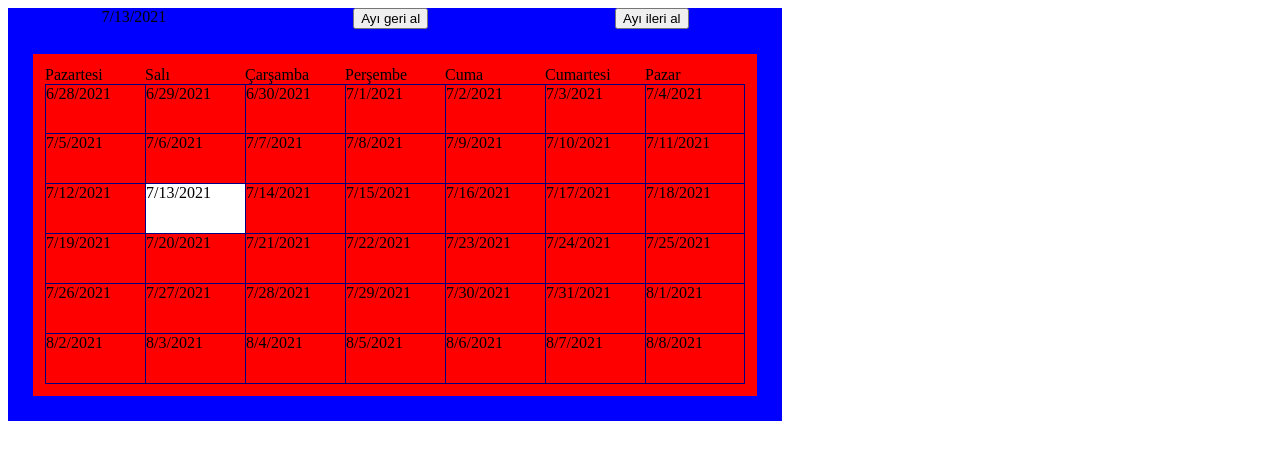
Repository: ahmetbugraozcan/javascript-calendar
Page: tablo.html
These files come from the project's save history. The page is drawn as it stood at one moment and after the next save; the edit follows.
The browser window is 1280 px wide. The pictures show the whole page.

Above is the page before, as saved 2021-07-13 11:05:51.

### tablo.html
<!DOCTYPE html>
<html lang="en">

<head>
    <meta charset="UTF-8">
    <meta http-equiv="X-UA-Compatible" content="IE=edge">
    <meta name="viewport" content="width=device-width, initial-scale=1.0">
    <title>Document</title>
</head>
<!--pazartesi salı çarş... için arrayler oluştur. arraylere göre günleri yerleştir.-->
<style>
    * {
        box-sizing: border-box;
    }

    .cell-last {
        border-right: 1px solid navy;

    }

    .cell-top {
        border-top: 1px solid navy;
    }

    /* her hücre*/
    .cell,
    .cell-top,
    .cell-last {
        text-overflow: clip;
        white-space: nowrap;
        overflow: hidden;
        border-bottom: 1px solid navy;
        border-left: 1px solid navy;
        width: 100px;
        height: 50px;
    }


    /*tablonun kendisi*/
    .calendar {
        margin: 25px;
        padding: 12px;
        display: flex;
        width: fit-content;
        background-color: red;
    }


    .container {
        background-color: blue;
        display: flex;
        width: fit-content;
        flex-direction: column;
    }

    .test {
        display: flex;
        justify-content: space-around;
    }
</style>

<body>

    <div class="container">

        <div class="test">
            <span id="currentDate"></span>
            <span><button type="button" onclick="previousDate()">Ayı geri al</button></span>
            <span><button type="button" onclick="nextDate()">Ayı ileri al</button></span>
        </div>
        <div class="calendar">
            <div>
                <div>Pazartesi</div>
                <div class="cell-top" id="pazartesi0">1</div>
                <div class="cell" id="pazartesi1">1</div>
                <div class="cell" id="pazartesi2">1</div>
                <div class="cell" id="pazartesi3">1</div>
                <div class="cell" id="pazartesi4">1</div>
                <div class="cell" id="pazartesi5">1</div>
            </div>
            <div>
                <div>Salı</div>
                <div class="cell-top" id="sali0">1</div>
                <div class="cell" id="sali1">1</div>
                <div class="cell" id="sali2">1</div>
                <div class="cell" id="sali3">1</div>
                <div class="cell" id="sali4">1</div>
                <div class="cell" id="sali5">1</div>
            </div>
            <div>
                <div>Çarşamba</div>
                <div class="cell-top" id="carsamba0">1</div>
                <div class="cell" id="carsamba1">1</div>
                <div id="carsamba2" class="cell">1</div>
                <div id="carsamba3" class="cell">1</div>
                <div id="carsamba4" class="cell">1</div>
                <div id="carsamba5" class="cell">1</div>
            </div>
            <div>
                <div>Perşembe</div>
                <div class="cell-top" id="persembe0">1</div>
                <div class="cell" id="persembe1">1</div>
                <div id="persembe2" class="cell">1</div>
                <div id="persembe3" class="cell">1</div>
                <div id="persembe4" class="cell">1</div>
                <div id="persembe5" class="cell">1</div>
            </div>
            <div>
                <div>Cuma</div>
                <div class="cell-top" id="cuma0">1</div>
                <div class="cell" id="cuma1">1</div>
                <div id="cuma2" class="cell">1</div>
                <div id="cuma3" class="cell">1</div>
                <div id="cuma4" class="cell">1</div>
                <div id="cuma5" class="cell">1</div>
            </div>
            <div>
                <div>Cumartesi</div>
                <div class="cell-top" id="cumartesi0">1</div>
                <div class="cell" id="cumartesi1">1</div>
                <div class="cell" id="cumartesi2">1</div>
                <div class="cell" id="cumartesi3">1</div>
                <div class="cell" id="cumartesi4">1</div>
                <div class="cell" id="cumartesi5">1</div>

            </div>
            <div>
                <div>Pazar</div>
                <div id="pazar0" class="cell-top" style="border-right: 1px solid navy;">1</div>
                <div id="pazar1" class="cell-last">1</div>
                <div id="pazar2" class="cell-last">1</div>
                <div id="pazar3" class="cell-last">1</div>
                <div id="pazar4" class="cell-last">1</div>
                <div id="pazar5" class="cell-last">1</div>
            </div>
        </div>
    </div>
    <script>
        function daysInMonth(month, year) {
            return new Date(year, month, 0).getDate();
        }
        var currentDate = new Date();
        var pazartesi = [];
        var sali = [];
        var carsamba = [];
        var persembe = [];
        var cuma = [];
        var cumartesi = [];
        var pazar = [];
        var gunler = ["pazar", "pazartesi", "sali", "carsamba", "persembe", "cuma", "cumartesi"];
        var baslanacakDate = new Date(currentDate.getFullYear(), currentDate.getMonth(), 1);
        var currentMonth = baslanacakDate.getMonth();
        var currentYear = baslanacakDate.getFullYear();

        fillCalendar();

        function fillCalendar() {

            var firstDate = baslanacakDate.getDay();
            if (firstDate == 0) {
                firstDate = 7;
            }
            baslanacakDate.setDate((baslanacakDate.getDate()) - (firstDate));
            // var today = new Date();
            // var todayWithoutTime = new Date(today.getFullYear(), today.getMonth(), today.getDate() );


            var counter = 0;
            for (let i = 1; i <= 42; i++) {
                baslanacakDate.setDate((baslanacakDate.getDate()) + (1));
                // bir tabloda 42 gün var o ayın kaç çektiğini bul bu aydan geriye kaç sayacağız ona bul bu aydan ileri kaç sayacağız onu bul ve ona göre bir date oluştur.
                //ardından bu for döngüsünü kullan

                // if(baslanacakDate.toDateString() ==  todayWithoutTime.toDateString()){
                //     console.log("bugün eşitlendi : " + i);
                //     counter = i;
                // }

                switch (baslanacakDate.getDay()) {
                    case 0:
                        pazar.push(baslanacakDate.toLocaleDateString());

                        break;
                    case 1:
                        pazartesi.push(baslanacakDate.toLocaleDateString());
                        break;
                    case 2:
                        sali.push(baslanacakDate.toLocaleDateString());
                        break;
                    case 3:
                        carsamba.push(baslanacakDate.toLocaleDateString());
                        break;

                    case 4:
                        persembe.push(baslanacakDate.toLocaleDateString());
                        break;

                    case 5:
                        cuma.push(baslanacakDate.toLocaleDateString());
                        break;

                    case 6:
                        cumartesi.push(baslanacakDate.toLocaleDateString());
                        break;
                }
            }


            document.getElementById("currentDate").innerHTML = currentDate.toLocaleDateString();
            for (let i = 0; i < 6; i++) {
                document.getElementById(`pazar${i}`).innerHTML = pazar[i];
                document.getElementById(`pazartesi${i}`).innerHTML = pazartesi[i];
                document.getElementById(`sali${i}`).innerHTML = sali[i];
                document.getElementById(`carsamba${i}`).innerHTML = carsamba[i];
                document.getElementById(`persembe${i}`).innerHTML = persembe[i];
                document.getElementById(`cuma${i}`).innerHTML = cuma[i];
                document.getElementById(`cumartesi${i}`).innerHTML = cumartesi[i];
                if (pazar[i] == currentDate.toLocaleDateString()) {
                    console.log("Bugün pazar");
                    document.getElementById(`pazar${i}`).style.backgroundColor = "white";
                } else if (pazartesi[i] == currentDate.toLocaleDateString()) {
                    console.log("Bugün pazartesi");
                    document.getElementById(`pazartesi${i}`).style.backgroundColor = "white";
                } else if (sali[i] == currentDate.toLocaleDateString()) {
                    console.log("Bugün sali");
                    document.getElementById(`sali${i}`).style.backgroundColor = "white";
                } else if (carsamba[i] == currentDate.toLocaleDateString()) {
                    console.log("Bugün carsamba");
                    document.getElementById(`carsamba${i}`).style.backgroundColor = "white";
                } else if (persembe[i] == currentDate.toLocaleDateString()) {
                    console.log("Bugün persembe");
                    document.getElementById(`persembe${i}`).style.backgroundColor = "white";
                } else if (cuma[i] == currentDate.toLocaleDateString()) {
                    console.log("Bugün cuma");
                    document.getElementById(`cuma${i}`).style.backgroundColor = "white";
                } else if (cumartesi[i] == currentDate.toLocaleDateString()) {
                    console.log("Bugün cumartesi");
                    document.getElementById(`cumartesi${i}`).style.backgroundColor = "white";
                }
            }
        }


        function previousDate() {

            pazar = [];
            pazartesi = [];
            sali = [];
            carsamba = [];
            persembe = [];
            cuma = [];
            cumartesi = [];
            if (currentMonth > 0) {
                currentMonth--;
            } else {
                currentMonth = 11;
                currentYear--;
            }
            baslanacakDate = new Date(currentYear, currentMonth, 1);
            fillCalendar();
            console.log(baslanacakDate);

        }

        function nextDate() {

            pazar = [];
            pazartesi = [];
            sali = [];
            carsamba = [];
            persembe = [];
            cuma = [];
            cumartesi = [];
            if (currentMonth < 11) {
                currentMonth++;
            } else {
                currentMonth = 0;
                currentYear++;
            }
            baslanacakDate = new Date(currentYear, currentMonth, 1);
            fillCalendar();
            console.log(baslanacakDate);

        }
    </script>



</html>

After the next save:
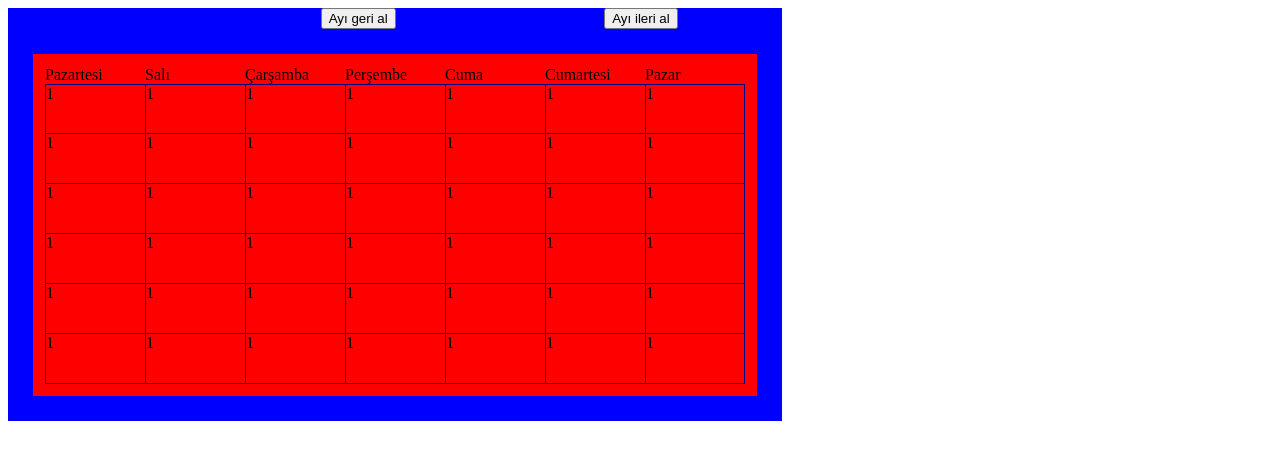
Console error: SyntaxError: Unexpected token 'else'
Saved 5 min 7 s later.
--- a/tablo.html
+++ b/tablo.html
@@ -218,22 +218,30 @@
                 if (pazar[i] == currentDate.toLocaleDateString()) {
                     console.log("Bugün pazar");
                     document.getElementById(`pazar${i}`).style.backgroundColor = "white";
-                } else if (pazartesi[i] == currentDate.toLocaleDateString()) {
+                } else{
+                    document.getElementById(`pazar${i}`).style.backgroundColor = "red";
+                }
+                else if (pazartesi[i] == currentDate.toLocaleDateString()) {
                     console.log("Bugün pazartesi");
                     document.getElementById(`pazartesi${i}`).style.backgroundColor = "white";
-                } else if (sali[i] == currentDate.toLocaleDateString()) {
+                }
+                 else if (sali[i] == currentDate.toLocaleDateString()) {
                     console.log("Bugün sali");
                     document.getElementById(`sali${i}`).style.backgroundColor = "white";
-                } else if (carsamba[i] == currentDate.toLocaleDateString()) {
+                }
+                 else if (carsamba[i] == currentDate.toLocaleDateString()) {
                     console.log("Bugün carsamba");
                     document.getElementById(`carsamba${i}`).style.backgroundColor = "white";
-                } else if (persembe[i] == currentDate.toLocaleDateString()) {
+                }
+                 else if (persembe[i] == currentDate.toLocaleDateString()) {
                     console.log("Bugün persembe");
                     document.getElementById(`persembe${i}`).style.backgroundColor = "white";
-                } else if (cuma[i] == currentDate.toLocaleDateString()) {
+                }
+                 else if (cuma[i] == currentDate.toLocaleDateString()) {
                     console.log("Bugün cuma");
                     document.getElementById(`cuma${i}`).style.backgroundColor = "white";
-                } else if (cumartesi[i] == currentDate.toLocaleDateString()) {
+                }
+                 else if (cumartesi[i] == currentDate.toLocaleDateString()) {
                     console.log("Bugün cumartesi");
                     document.getElementById(`cumartesi${i}`).style.backgroundColor = "white";
                 }

After the save that followed:
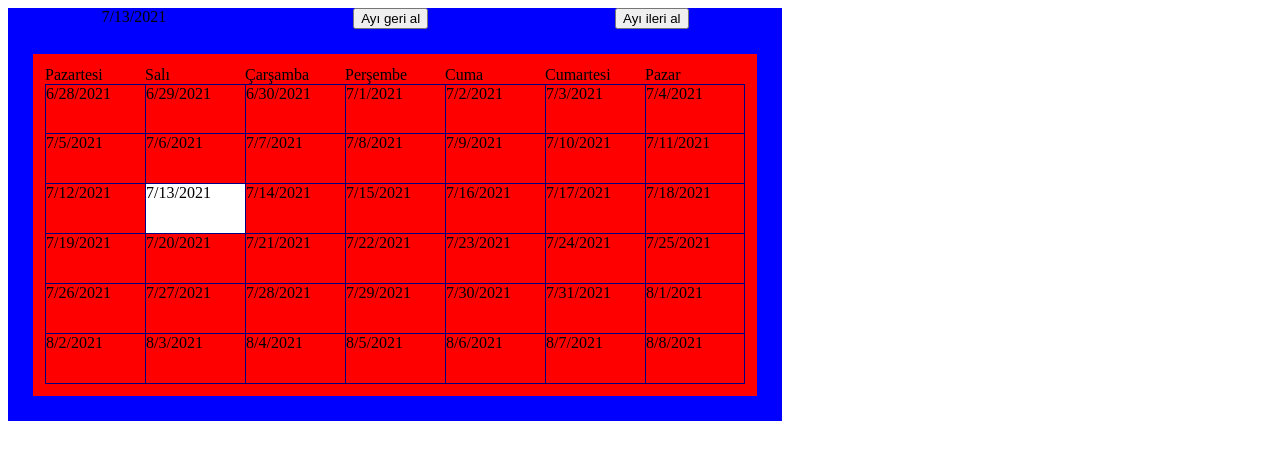
The error is gone.
Saved 86 s later.
--- a/tablo.html
+++ b/tablo.html
@@ -215,33 +215,37 @@
                 document.getElementById(`persembe${i}`).innerHTML = persembe[i];
                 document.getElementById(`cuma${i}`).innerHTML = cuma[i];
                 document.getElementById(`cumartesi${i}`).innerHTML = cumartesi[i];
+
+                document.getElementById(`pazar${i}`).backgroundColor = "red";
+                document.getElementById(`pazartesi${i}`).backgroundColor = "red";
+                document.getElementById(`sali${i}`).backgroundColor = "red";
+                document.getElementById(`carsamba${i}`).backgroundColor = "red";
+                document.getElementById(`persembe${i}`).backgroundColor = "red";
+                document.getElementById(`cuma${i}`).backgroundColor = "red";
+                document.getElementById(`cumartesi${i}`).backgroundColor = "red";
+
+
+
+
                 if (pazar[i] == currentDate.toLocaleDateString()) {
                     console.log("Bugün pazar");
                     document.getElementById(`pazar${i}`).style.backgroundColor = "white";
-                } else{
-                    document.getElementById(`pazar${i}`).style.backgroundColor = "red";
-                }
-                else if (pazartesi[i] == currentDate.toLocaleDateString()) {
+                } else if (pazartesi[i] == currentDate.toLocaleDateString()) {
                     console.log("Bugün pazartesi");
                     document.getElementById(`pazartesi${i}`).style.backgroundColor = "white";
-                }
-                 else if (sali[i] == currentDate.toLocaleDateString()) {
+                } else if (sali[i] == currentDate.toLocaleDateString()) {
                     console.log("Bugün sali");
                     document.getElementById(`sali${i}`).style.backgroundColor = "white";
-                }
-                 else if (carsamba[i] == currentDate.toLocaleDateString()) {
+                } else if (carsamba[i] == currentDate.toLocaleDateString()) {
                     console.log("Bugün carsamba");
                     document.getElementById(`carsamba${i}`).style.backgroundColor = "white";
-                }
-                 else if (persembe[i] == currentDate.toLocaleDateString()) {
+                } else if (persembe[i] == currentDate.toLocaleDateString()) {
                     console.log("Bugün persembe");
                     document.getElementById(`persembe${i}`).style.backgroundColor = "white";
-                }
-                 else if (cuma[i] == currentDate.toLocaleDateString()) {
+                } else if (cuma[i] == currentDate.toLocaleDateString()) {
                     console.log("Bugün cuma");
                     document.getElementById(`cuma${i}`).style.backgroundColor = "white";
-                }
-                 else if (cumartesi[i] == currentDate.toLocaleDateString()) {
+                } else if (cumartesi[i] == currentDate.toLocaleDateString()) {
                     console.log("Bugün cumartesi");
                     document.getElementById(`cumartesi${i}`).style.backgroundColor = "white";
                 }
@@ -258,7 +262,7 @@
             persembe = [];
             cuma = [];
             cumartesi = [];
-            if (currentMonth > 0) {
+            if (currentMonth >= 0) {
                 currentMonth--;
             } else {
                 currentMonth = 11;
